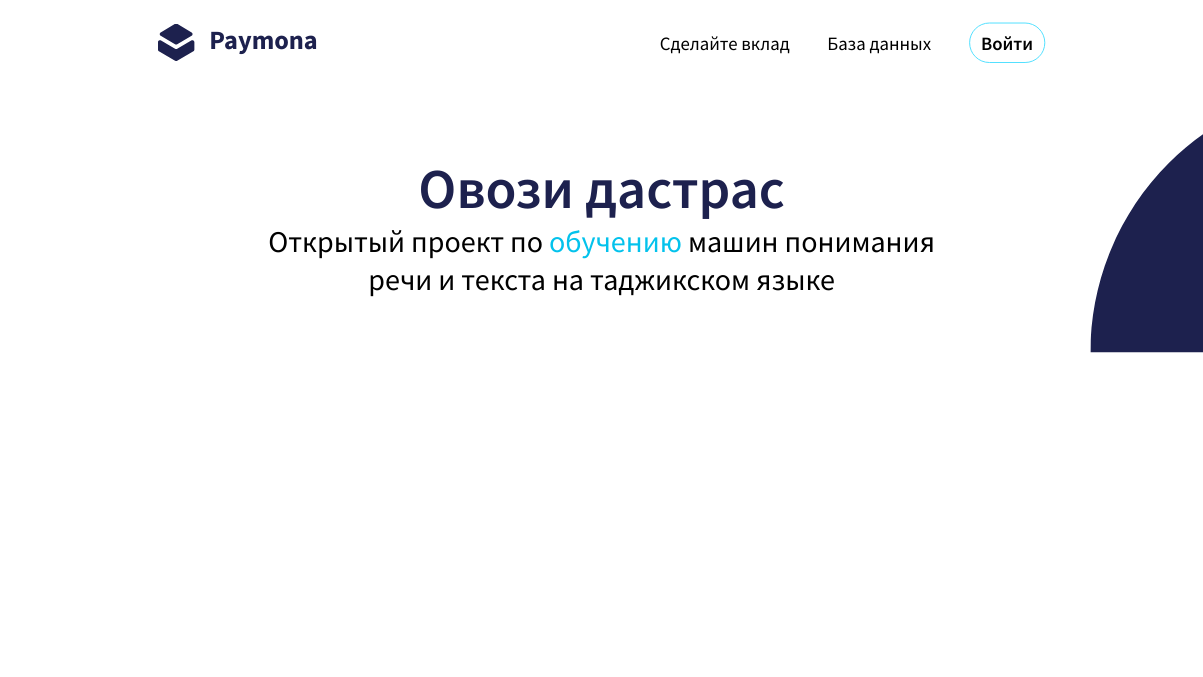
Repository: Amin444/Paymona-Sadp
Page: index.html
An editor plug-in stored every save of this project. The page is shown before and after the next save, followed by the edit.
The browser window is 1280 px wide. The pictures show the whole page, at 94% of full size.

Above is the page before, as saved 2021-11-11 14:31:05.

### index.html
<!DOCTYPE html>
<html lang="en">
<head>
  <meta charset="UTF-8">
  <link rel="stylesheet" href="./style.css">
  <meta http-equiv="X-UA-Compatible" content="IE=edge">
  <meta name="viewport" content="width=device-width, initial-scale=1.0">
  <title>Paymona Sado</title>
</head>
<body>

  <div class="root">
      <div class="container">
        <div class="header">
          <div class="logoBlock">
            <img src="./img/logo.svg" class="logo" alt="">
            <p class='textLogo'>Paymona</p>
          </div>

          <div class="menu">
             <div class="items">Сделайте вклад</div>
             <div class="items">База данных</div>
             <div class="items border">Войти</div>
          </div>

        </div>

         <div class="elips">
           <svg width="120" height="285" viewBox="0 0 120 285" fill="none" xmlns="http://www.w3.org/2000/svg">
             <path d="M285 -1.24577e-05C247.573 -1.08218e-05 210.513 7.37176 175.935 21.6943C141.357 36.0169 109.939 57.0099 83.4745 83.4746C57.0098 109.939 36.0169 141.357 21.6943 175.935C7.37172 210.513 -1.57297e-05 247.573 -1.24577e-05 285L285 285L285 -1.24577e-05Z" fill="#1D214E"/>
           </svg>
         </div>

        <div class="title">
           <h1>Овози дастрас</h1>
           <p class="desc">Открытый проект по <blue>обучению</blue> машин понимания <br> речи и текста на таджикском языке</p>
        </div>
      </div>

  </div>

</body>
</html>

### style.css
@import url('https://fonts.googleapis.com/css2?family=Source+Sans+Pro:ital,wght@0,200;0,300;0,400;0,600;0,700;0,900;1,200;1,300;1,400;1,600;1,700;1,900&display=swap');

*{
  margin: 0;
  padding: 0;
  border: none;
  outline: none;
  font-family: 'Source Sans Pro', sans-serif;
  font-weight: 500;

}

.root{
  width: 100vw;
  display: flex;
  justify-content: center;
  position: relative;
}

.container{
  width: 80vw;
}

.header{
  height: 90px;
  padding: 0 40px;
  display: flex;
  align-items: center;
  justify-content: space-between;
}

.textLogo{
  color: #1D214E;
  font-weight: 700;
  font-size: 28px;
  line-height: 35px;
}

.logo{
  width: 40px;
  height: 40px;
}
.logoBlock{
  width:170px;
  display: flex;
  justify-content: space-between;
}
.menu{
  display: flex;
  gap: 40px;
  align-items: center;
  font-weight: 400;
  font-size: 20px;
  line-height:25px;
}
.items{
  cursor: pointer;
}
.border{
  padding: 8px 12px;
  border: 1px solid rgba(73, 222, 255, 1);
  border-radius: 50px;
  font-weight: 600;
}
.title{
  margin-top: 72px;
  display: flex;
  flex-direction: column;
  align-items: center;
}

h1{
  color: rgba(29, 33, 78, 1);
  font-weight: 600;
  font-size: 60px;
  line-height:75px;
}
.desc{
  font-weight: 400;
  font-size: 32px;
  text-align: center;
}
blue{
  color: rgba(3, 194, 236, 1);
}
.elips{
  position: absolute;
  right: 0;
}

### img/logo.svg
<svg width="24" height="24" viewBox="0 0 24 24" fill="none" xmlns="http://www.w3.org/2000/svg">
<path d="M23.2727 11.9119V16.6433C23.2731 16.8543 23.2169 17.0618 23.1094 17.2464C23.0019 17.4309 22.8466 17.5864 22.6582 17.6981L12.3229 23.8128C12.1153 23.9351 11.8758 24 11.6314 24C11.387 24 11.1475 23.9351 10.9399 23.8128L0.616444 17.6943C0.427833 17.5828 0.272261 17.4273 0.164406 17.2428C0.0565516 17.0583 -2.98523e-05 16.8507 1.18183e-08 16.6396V11.9119C-3.13489e-05 11.6902 0.0623511 11.4726 0.180679 11.2816C0.299007 11.0906 0.468973 10.9331 0.672954 10.8255C0.876934 10.7179 1.1075 10.6641 1.34075 10.6696C1.574 10.6752 1.80144 10.7399 1.99949 10.8571L10.9399 16.1535C11.1475 16.2758 11.387 16.3407 11.6314 16.3407C11.8758 16.3407 12.1153 16.2758 12.3229 16.1535L21.2653 10.8571C21.4634 10.7373 21.6918 10.6704 21.9264 10.6636C22.1611 10.6567 22.3934 10.71 22.5989 10.818C22.8043 10.9259 22.9754 11.0845 23.0939 11.277C23.2125 11.4695 23.2743 11.6888 23.2727 11.9119Z" fill="#1D214E"/>
<path d="M10.9383 13.2688L1.76081 7.81102C1.57388 7.69908 1.41986 7.54397 1.31312 7.36018C1.20638 7.17639 1.15039 6.96991 1.15039 6.76C1.15039 6.5501 1.20638 6.34361 1.31312 6.15982C1.41986 5.97603 1.57388 5.82093 1.76081 5.70898L10.9344 0.193005C11.1431 0.0669478 11.3854 0 11.6328 0C11.8802 0 12.1224 0.0669478 12.3312 0.193005L21.5107 5.70898C21.6976 5.82093 21.8516 5.97603 21.9584 6.15982C22.0651 6.34361 22.1211 6.5501 22.1211 6.76C22.1211 6.96991 22.0651 7.17639 21.9584 7.36018C21.8516 7.54397 21.6976 7.69908 21.5107 7.81102L12.3253 13.2688C12.1173 13.3921 11.877 13.4575 11.6318 13.4575C11.3866 13.4575 11.1463 13.3921 10.9383 13.2688Z" fill="#1D214E"/>
</svg>

After the next save:
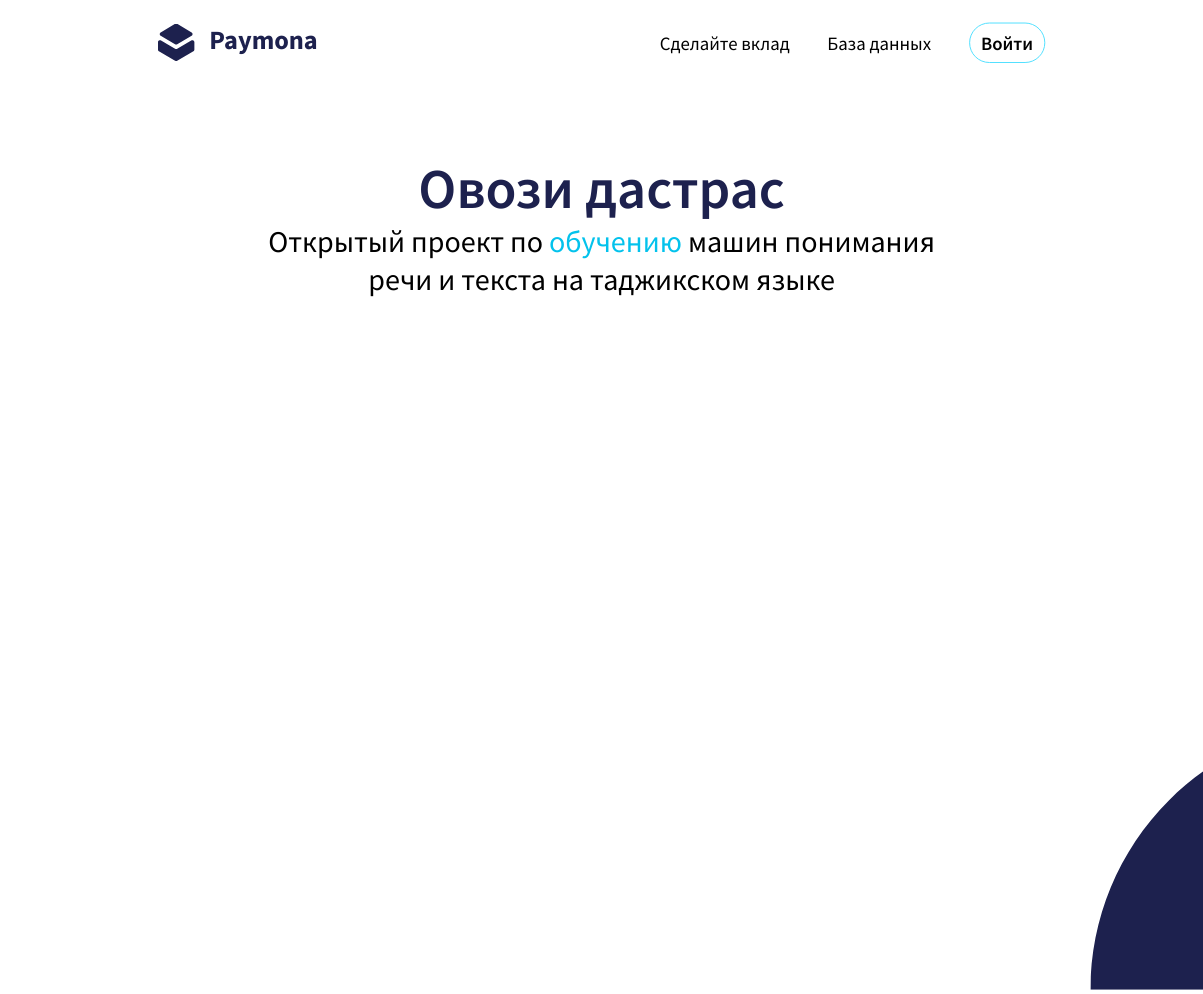
Saved 57 s later.
--- a/style.css
+++ b/style.css
@@ -86,4 +86,5 @@
 .elips{
   position: absolute;
   right: 0;
+  top: 768px;
 }

After the save that followed:
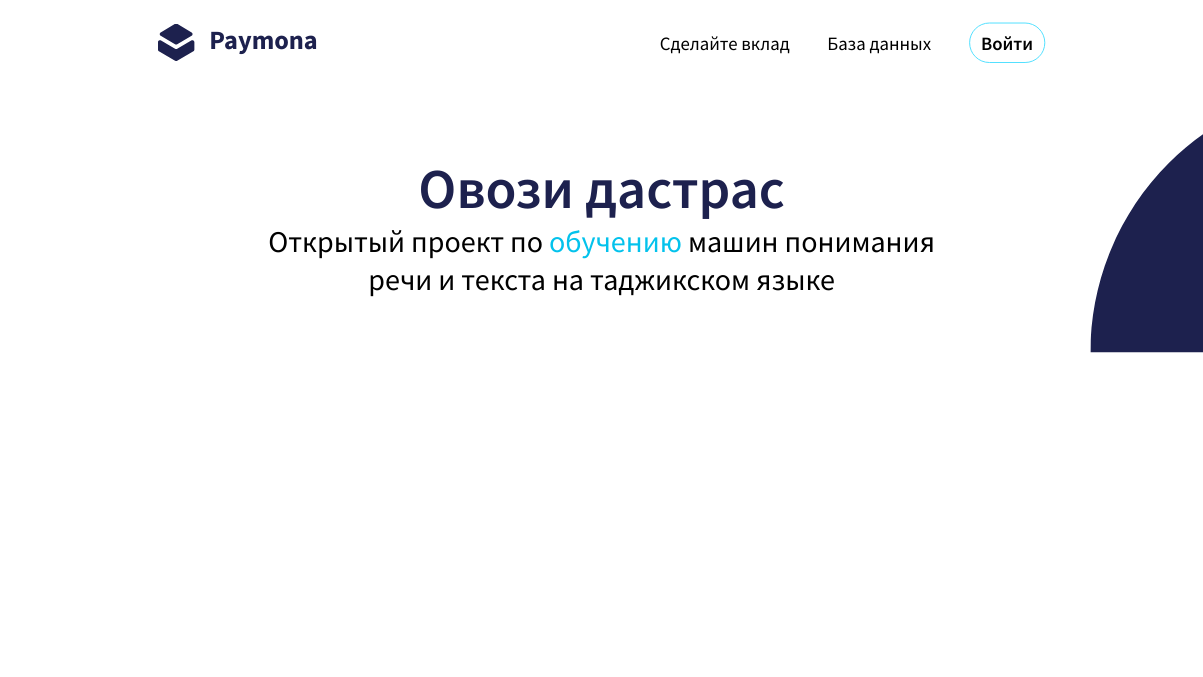
Saved 16 s later.
--- a/style.css
+++ b/style.css
@@ -86,5 +86,5 @@
 .elips{
   position: absolute;
   right: 0;
-  top: 768px;
+
 }
